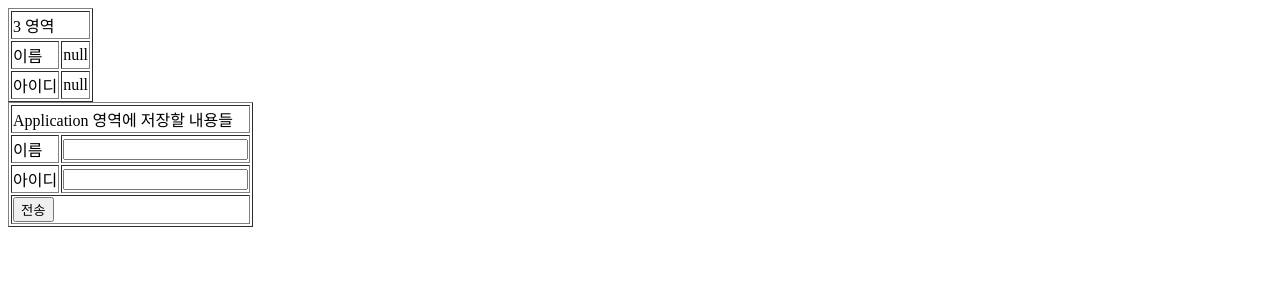
Repository: BancaKim/teamproject4
Page: http://localhost/JspDay3/HiddenTest/HiddenTest2.jsp
An editor plug-in stored every save of this project. The page is shown before and after the next save, followed by the edit.
The browser window is 1280 px wide. The pictures show the whole page.
The page is served by Tomcat 9.

Above is the page before, as saved 2024-05-02 02:29:28.

After the next save:
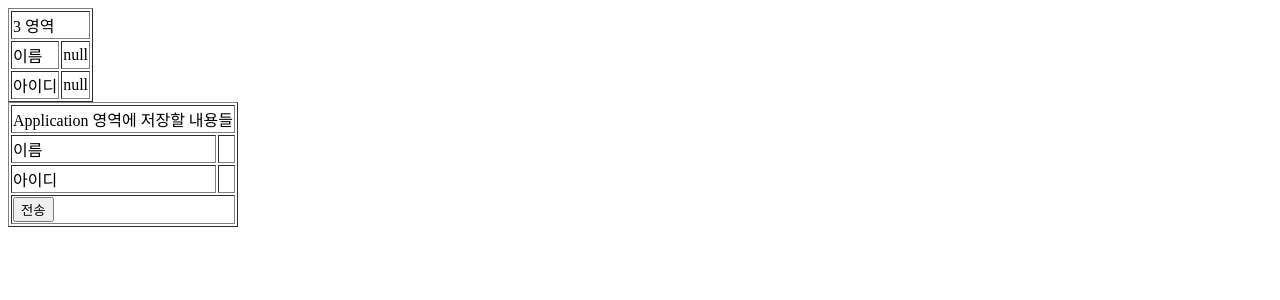
Saved 52 s later.
--- a/JspDay3/src/main/webapp/HiddenTest/HiddenTest2.jsp
+++ b/JspDay3/src/main/webapp/HiddenTest/HiddenTest2.jsp
@@ -17,18 +17,18 @@
 request.getRequestDispatcher("IncludeTest3.jsp").include(request,response);
 %>
 
-	<form action="HiddenTest2.jsp" method="post">
+	<form action="HiddenTest3.jsp" method="post">
 	<table border=1>
 		<tr>
 			<td colspan="2">Application 영역에 저장할 내용들</td>
 		</tr>
 		<tr>
 			<td>이름</td>
-			<td><input type="text" name="name"></td>
+			<td><input type="hidden" name="name" value="<%= name %>"></td>
 		</tr>
 		<tr>
 			<td>아이디</td>
-			<td><input type="text" name="id"></td>
+			<td><input type="hidden" name="id" value="<%= id %>"></td>
 		</tr>
 		<tr>
 			<td colspan="2"><input type="submit" value="전송"></td>
